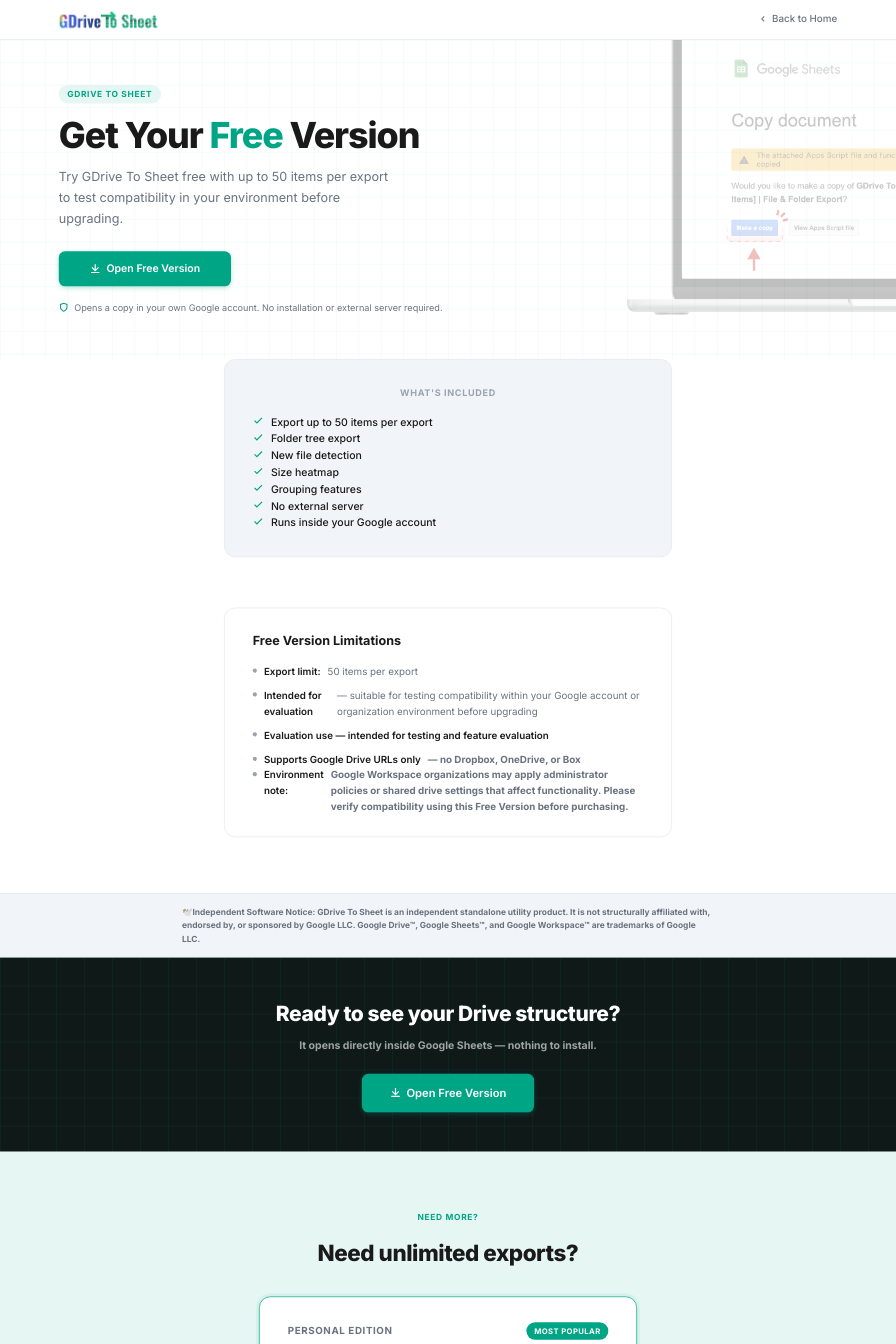
Repository: toishitool/gdrive-to-sheet
Page: free-download.html
These files come from the project's save history. The page is drawn as it stood at one moment and after the next save; the edit follows.
The browser window is 1280 px wide. The pictures show the part of the page from y = 0 to 1920 px (the page is 2584 px tall before and 2405 px after), at 70% of full size.

Above is the page before, as saved 2026-06-22 14:24:10.

After the next save:
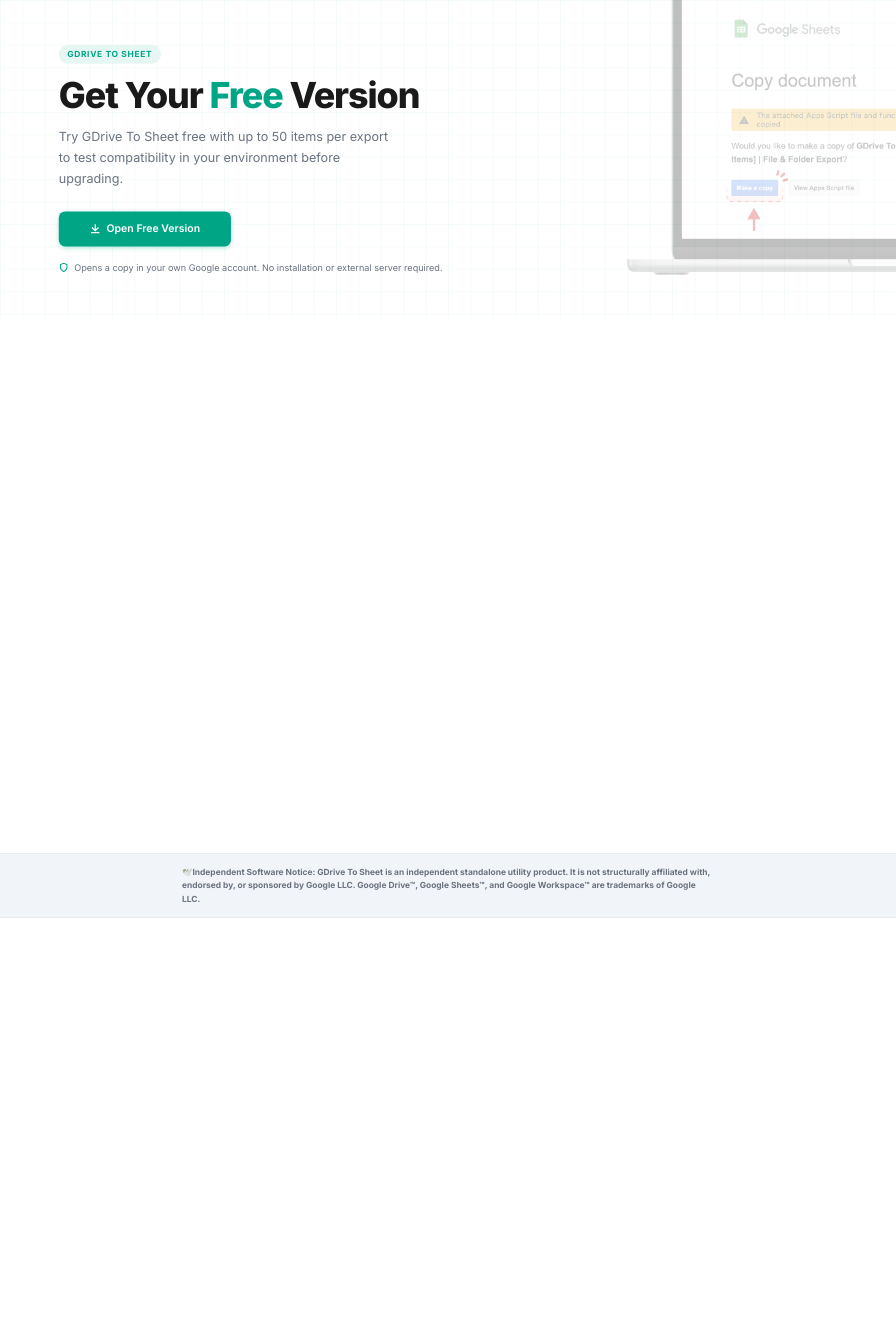
Saved 10 s later.
--- a/free-download.html
+++ b/free-download.html
@@ -216,7 +216,7 @@
   </section>
 
   <div id="footer-container"></div>
-  <script src="js/common.js"></script>
+  <!-- <script src="js/common.js"></script> -->
 
 </body>
 

After the save that followed:
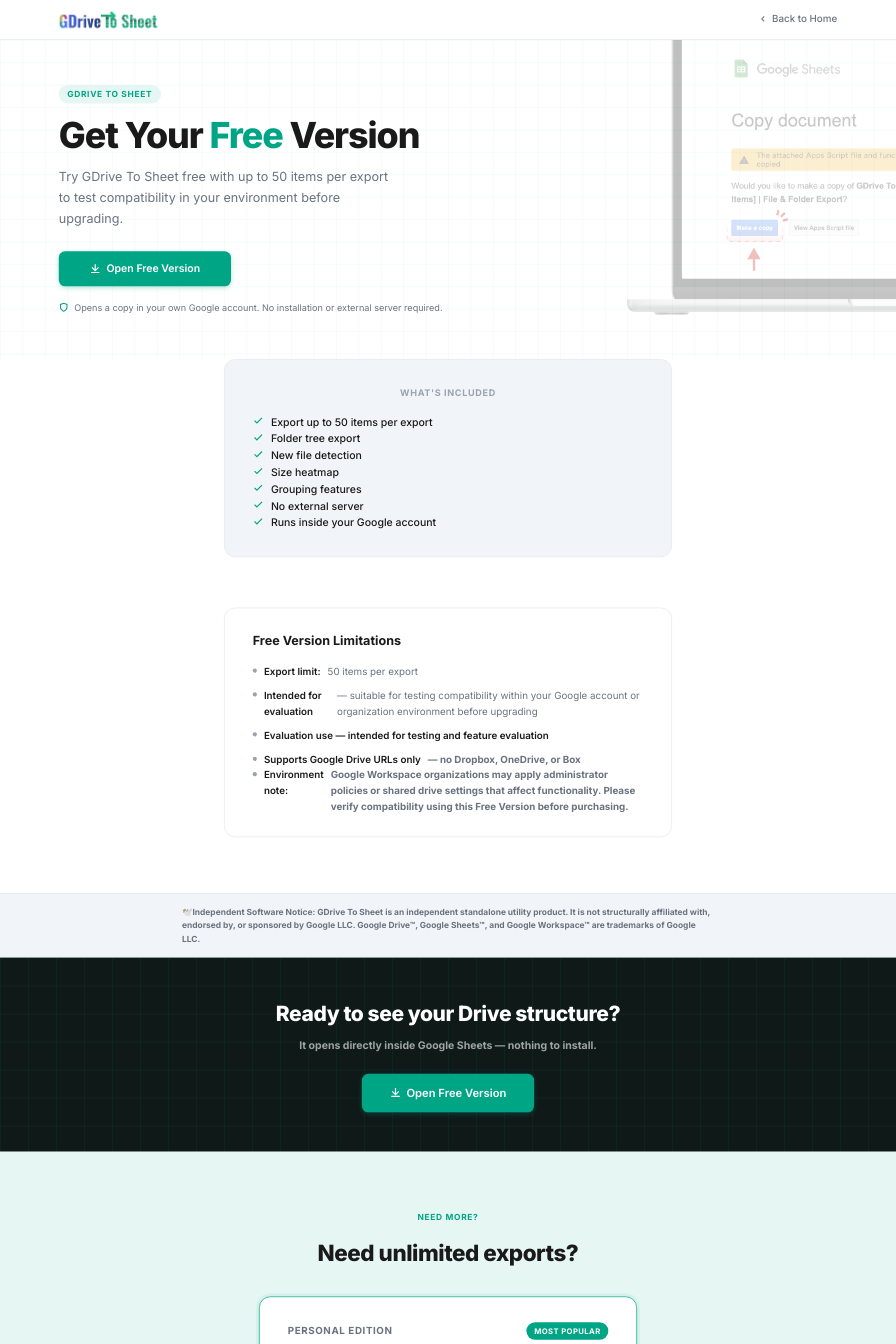
Saved 33 s later.
--- a/free-download.html
+++ b/free-download.html
@@ -216,7 +216,7 @@
   </section>
 
   <div id="footer-container"></div>
-  <!-- <script src="js/common.js"></script> -->
+  <script src="js/common.js"></script>
 
 </body>
 
